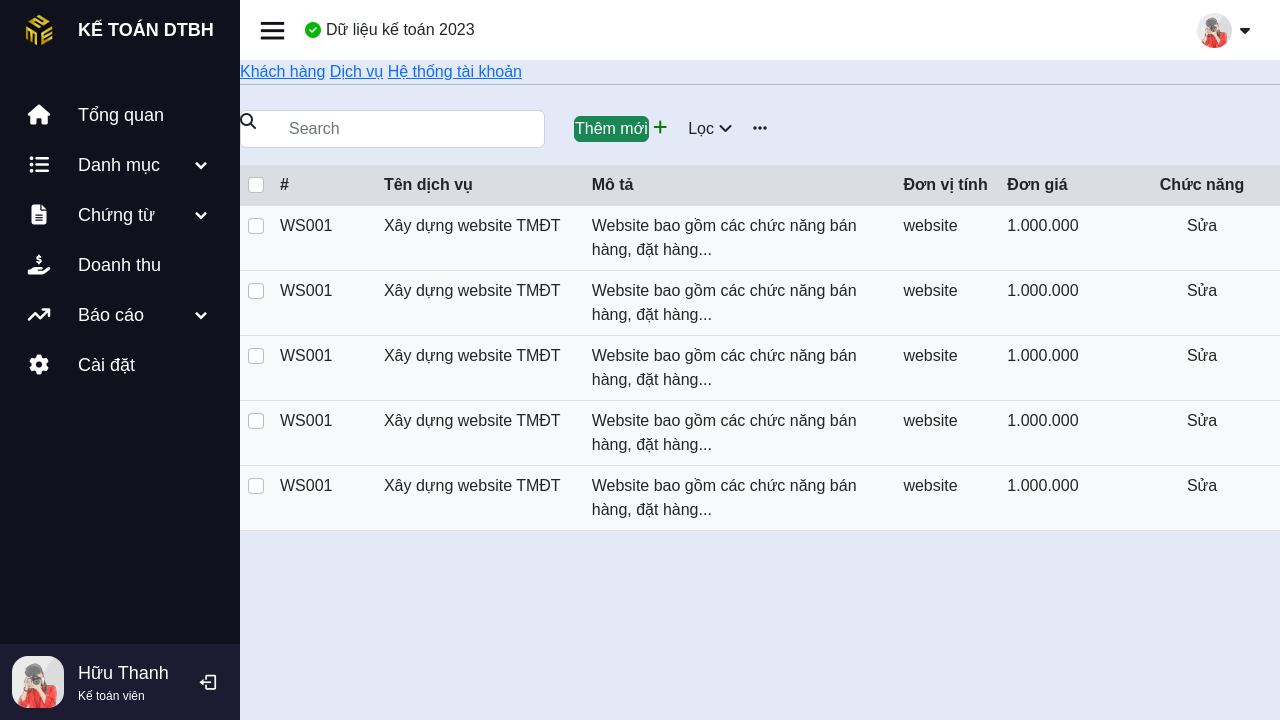
Repository: huuthanhdev/PhanMemKeToan
Page: pages/service.html
The author's editor kept a copy of each file at every save. The page is drawn from the files as they stood at one save, then again after the next save.
The browser window is 1280 px wide. The pictures show the whole page.
Some web fonts or font styles are not loaded; a fallback is used. Some web libraries are served in a nearby version.

Above is the page before, as saved 2023-03-24 17:06:15.

### pages/service.html
<!DOCTYPE html>
  <!-- Coding by CodingLab | www.codinglabweb.com -->
<html lang="en">
<head>
    <meta charset="UTF-8">
    <meta http-equiv="X-UA-Compatible" content="IE=edge">
    <meta name="viewport" content="width=device-width, initial-scale=1.0">
    <link rel="icon" type="png" href="../assets/img/logo 2me.png"/>
    <title>2MILLION</title>
    <!----======== CSS ======== -->
    <link rel="stylesheet" href="../assets/css/style.css">
    <!----===== Boxicons CSS ===== -->
    <link href='https://unpkg.com/boxicons@2.1.1/css/boxicons.min.css' rel='stylesheet'>
    <link rel="stylesheet" href="https://cdnjs.cloudflare.com/ajax/libs/font-awesome/6.1.2/css/all.min.css" integrity="sha512-1sCRPdkRXhBV2PBLUdRb4tMg1w2YPf37qatUFeS7zlBy7jJI8Lf4VHwWfZZfpXtYSLy85pkm9GaYVYMfw5BC1A==" crossorigin="anonymous" referrerpolicy="no-referrer" />
    <!-- bootstrap 5 -->
    <link href="https://cdn.jsdelivr.net/npm/bootstrap@5.2.1/dist/css/bootstrap.min.css" rel="stylesheet"
    integrity="sha384-iYQeCzEYFbKjA/T2uDLTpkwGzCiq6soy8tYaI1GyVh/UjpbCx/TYkiZhlZB6+fzT" crossorigin="anonymous">

</head>
<body>
    <div class="sidebar">
        <div class="logo-details">
          <!-- <i class='bx bxl-c-plus-plus'></i> -->
          <img src="../assets/img/logo 2me.png" alt="" class="logo-img">
          <span class="logo_name">KẾ TOÁN DTBH</span>
        </div>
        <ul class="nav-links">
          <li class="nav-item">
            <a href="../pages/overview.html">
              <i class='fa-solid fa-house'></i>
              <span class="link_name">Tổng quan</span>
            </a>
            <ul class="sub-menu blank">
              <li><a class="link_name" href="../pages/overview.html">Tổng quan</a></li>
            </ul>
          </li>
          <li class="nav-item active">
            <div class="icon-link">
              <a href="../pages/customer.html">
                <i class='fa-solid fa-list-ul' ></i>
                <span class="link_name">Danh mục</span>
              </a>
              <i class='bx bxs-chevron-down arrow' ></i>
            </div>
            <ul class="sub-menu">
              <li><a class="link_name" href="#">Danh mục</a></li>
              <li><a href="/pages/customer.html">Khách hàng</a></li>
              <li><a href="/pages/service.html">Dịch vụ</a></li>
              <li><a href="/pages/account.html">Tài khoản</a></li>
            </ul>
          </li>

          <li class="nav-item">
            <div class="icon-link">
              <a href="#">
                <i class='fa-solid fa-file-lines' ></i>
                <span class="link_name">Chứng từ</span>
              </a>
              <i class='bx bxs-chevron-down arrow' ></i>
            </div>
            <ul class="sub-menu">
              <li><a class="link_name" href="#">Chứng từ</a></li>
              <li><a href="#">Hóa đơn GTGT</a></li>
              <li><a href="#">Phiếu giảm giá HB</a></li>
            </ul>
          </li>

          <li class="nav-item">
            <a href="#">
              <i class='fa-solid fa-hand-holding-dollar' ></i>
              <span class="link_name">Doanh thu</span>
            </a>
            <ul class="sub-menu blank">
              <li><a class="link_name" href="#">Doanh thu</a></li>
            </ul>
          </li>

          <li class="nav-item">
            <div class="icon-link">
              <a href="#">
                <i class='fa-solid fa-arrow-trend-up' ></i>
                <span class="link_name">Báo cáo</span>
              </a>
              <i class='bx bxs-chevron-down arrow' ></i>
            </div>
            <ul class="sub-menu">
              <li><a class="link_name" href="#">Báo cáo</a></li>
              <li><a href="#">Doanh thu theo KH</a></li>
              <li><a href="#">Doanh thu theo DV</a></li>
              <li><a href="#">Tổng hợp Doanh thu</a></li>
              <li><a href="#">Giảm trừ Doanh thu</a></li>
            </ul>
          </li>

          <li class="nav-item">
            <a href="#">
              <i class='fa-solid fa-gear' ></i>
              <span class="link_name">Cài đặt</span>
            </a>
            <ul class="sub-menu blank">
              <li><a class="link_name" href="#">Cài đặt</a></li>
            </ul>
          </li>
          <li>
        <div class="profile-details">
          <div class="profile-content">
            <img src="../assets/img/client2.png" alt="profileImg">
          </div>
          <div class="name-job">
            <div class="profile_name">Hữu Thanh</div>
            <div class="job">Kế toán viên</div>
          </div>
          <i class='bx bx-log-out' ></i>
        </div>
      </li>
    </ul>
      </div>
    <section class="home-section">
      <div class="home-nav">
          <i class='bx bx-menu' ></i>
          <div class="home-text">
              <i class="fa-solid fa-circle-check home-icon"></i>
              <span>Dữ liệu kế toán 2023</span>
          </div>

          <div class="home-info">
              <img src="../assets/img/client2.png" alt="avatar" class="home-avatar">
              <i class="fa-solid fa-caret-down"class="home-icon"></i>
          </div>
      </div>
      <!-- content -->
      <div class="home-content">
        <div class="home-tab">
          <a class="tab-item" href="/pages/customer.html">Khách hàng</a>
          <a class="tab-item active" href="/pages/service.html">Dịch vụ</a>
          <a class="tab-item" href="/pages/account.html">Hệ thống tài khoản</a>
        </div>
        <hr class="mt-0 mb-4">
        <!-- table -->
        <div class="container-fluid mt-0 px-0">
          <div class="mb-3 d-flex justify-content-start align-items-center">
              <div class="position-relative">
                  <span class="position-absolute search"><i class="fa fa-search"></i></span>
                  <input class="form-control w-100 px-5 m-0" placeholder="Search">
              </div>
              <div class="btn">
                <button type="button" class="btn btn-success ms-3 p-0">Thêm mới</button>
                <i class="fa-solid fa-plus align-items-center" style="color: green"></i>
              </div>
              <div class="filter px-2">
                  <span>Lọc <i class="fa fa-angle-down"></i></span>
                  <i class="fa fa-ellipsis-h ms-3"></i>
              </div>
          </div>
          <div class="table-responsive">
          <table class="table table-responsive table-hover bg-light">
            <thead>
              <tr style="background-color: #dadee2">
                <th scope="col" width="3%"><input class="form-check-input" type="checkbox"></th>
                <th scope="col" width="10%">#</th>
                <th scope="col" width="20%">Tên dịch vụ</th>
                <th scope="col" width="30%">Mô tả</th>
                <th scope="col" width="10%">Đơn vị tính</th>
                <th scope="col" width="12%">Đơn giá</th>
                <th scope="col" width="15%" class="text-center">Chức năng</th>
              </tr>
            </thead>
            <tbody>
              <tr>
                <th scope="row"><input class="form-check-input" type="checkbox"></th>
                <td>WS001</td>
                <td>Xây dựng website TMĐT</td>
                <td>Website bao gồm các chức năng bán hàng, đặt hàng...</td>
                <td>website</td>
                <td>1.000.000</td>
                <td class="text-center">Sửa</td>
              </tr>

              <tr>
                <th scope="row"><input class="form-check-input" type="checkbox"></th>
                <td>WS001</td>
                <td>Xây dựng website TMĐT</td>
                <td>Website bao gồm các chức năng bán hàng, đặt hàng...</td>
                <td>website</td>
                <td>1.000.000</td>
                <td class="text-center">Sửa</td>
              </tr>

              <tr>
                <th scope="row"><input class="form-check-input" type="checkbox"></th>
                <td>WS001</td>
                <td>Xây dựng website TMĐT</td>
                <td>Website bao gồm các chức năng bán hàng, đặt hàng...</td>
                <td>website</td>
                <td>1.000.000</td>
                <td class="text-center">Sửa</td>
              </tr>

              <tr>
                <th scope="row"><input class="form-check-input" type="checkbox"></th>
                <td>WS001</td>
                <td>Xây dựng website TMĐT</td>
                <td>Website bao gồm các chức năng bán hàng, đặt hàng...</td>
                <td>website</td>
                <td>1.000.000</td>
                <td class="text-center">Sửa</td>
              </tr>

              <tr>
                <th scope="row"><input class="form-check-input" type="checkbox"></th>
                <td>WS001</td>
                <td>Xây dựng website TMĐT</td>
                <td>Website bao gồm các chức năng bán hàng, đặt hàng...</td>
                <td>website</td>
                <td>1.000.000</td>
                <td class="text-center">Sửa</td>
              </tr>
            </tbody>
          </table>
          </div>
        </div>

      </div>
    </section>

    <script src="/app.js"></script>
</body>
</html>

### assets/css/style.css
/* Google Fonts Import Link */
@import url("https://fonts.googleapis.com/css2?family=Quicksand:wght@300;400;500;600&display=swap");
* {
  margin: 0;
  padding: 0;
  box-sizing: border-box;
  font-family: "Quicksand", sans-serif;
}
.sidebar{
  position: fixed;
  top: 0;
  left: 0;
  height: 100%;
  width: 240px;
  background: #11101d;
  z-index: 100;
  transition: all 0.5s ease;
}
.sidebar.close{
  width: 78px;
}
.sidebar .logo-details{
  height: 60px;
  width: 100%;
  display: flex;
  align-items: center;
}
.sidebar .logo-details i{
  font-size: 30px;
  color: #fff;
  height: 50px;
  min-width: 78px;
  text-align: center;
  line-height: 50px;
}
/*add logo  */
.sidebar .logo-details img{
  height: 40px;
  min-width: 78px;
  object-fit: contain;
  border-radius: 16px;
  transition: all 0.5s ease;
}

.sidebar .logo-details .logo_name{
  font-size: 18px;
  color: #fff;
  font-weight: 600;
  transition: 0.3s ease;
  transition-delay: 0.1s;
  position: relative;
}
.sidebar.close .logo-details .logo_name{
  transition-delay: 0s;
  opacity: 0;
  pointer-events: none;
}
.sidebar .nav-links{
  height: 100%;
  padding: 30px 0 150px 0;
  overflow: auto;
}
.sidebar.close .nav-links{
  overflow: visible;
}
.sidebar .nav-links::-webkit-scrollbar{
  display: none;
}
.sidebar .nav-links li{
  position: relative;
  list-style: none;
  transition: all 0.4s ease;
}
.sidebar .nav-links li:hover{
  background: #1d1b31;
}
.sidebar .nav-links li .icon-link{
  display: flex;
  align-items: center;
  justify-content: space-between;
}
.sidebar.close .nav-links li .icon-link{
  display: block
}
.sidebar .nav-links li i{
  height: 50px;
  min-width: 78px;
  text-align: center;
  line-height: 50px;
  color: #fff;
  font-size: 20px;
  cursor: pointer;
  transition: all 0.3s ease;
}
.sidebar .nav-links li.showMenu i.arrow{
  transform: rotate(-180deg);
}
.sidebar.close .nav-links i.arrow{
  display: none;
}
.sidebar .nav-links li a{
  display: flex;
  align-items: center;
  text-decoration: none;
}
.sidebar .nav-links li a .link_name{
  font-size: 18px;
  font-weight: 400;
  color: #fff;
  transition: all 0.4s ease;
}
.sidebar.close .nav-links li a .link_name{
  opacity: 0;
  pointer-events: none;
}
.sidebar .nav-links li .sub-menu{
  padding: 6px 6px 14px 80px;
  margin-top: -10px;
  background: #1d1b31;
  display: none;
}
.sidebar .nav-links li.showMenu .sub-menu{
  display: block;
}
.sidebar .nav-links li .sub-menu a{
  color: #fff;
  font-size: 15px;
  padding: 5px 0;
  white-space: nowrap;
  opacity: 0.6;
  transition: all 0.3s ease;
}
.sidebar .nav-links li .sub-menu a:hover{
  opacity: 1;
}
.sidebar.close .nav-links li .sub-menu{
  position: absolute;
  left: 100%;
  top: -10px;
  margin-top: 0;
  padding: 10px 20px;
  border-radius: 0 6px 6px 0;
  opacity: 0;
  display: block;
  pointer-events: none;
  transition: 0s;
}
.sidebar.close .nav-links li:hover .sub-menu{
  top: 0;
  opacity: 1;
  pointer-events: auto;
  transition: all 0.4s ease;
}
.sidebar .nav-links li .sub-menu .link_name{
  display: none;
}
.sidebar.close .nav-links li .sub-menu .link_name{
  font-size: 18px;
  opacity: 1;
  display: block;
}
.sidebar .nav-links li .sub-menu.blank{
  opacity: 1;
  pointer-events: auto;
  padding: 3px 20px 6px 16px;
  opacity: 0;
  pointer-events: none;
}
.sidebar .nav-links li:hover .sub-menu.blank{
  top: 50%;
  transform: translateY(-50%);
}
.sidebar .profile-details{
  position: fixed;
  bottom: 0;
  width: 240px;
  display: flex;
  align-items: center;
  justify-content: space-between;
  background: #1d1b31;
  padding: 12px 0;
  transition: all 0.5s ease;
}
.sidebar.close .profile-details{
  background: none;
}
.sidebar.close .profile-details{
  width: 78px;
}
.sidebar .profile-details .profile-content{
  display: flex;
  align-items: center;
  cursor: pointer;
}
.sidebar .profile-details img{
  height: 52px;
  width: 52px;
  object-fit: cover;
  border-radius: 16px;
  margin: 0 14px 0 12px;
  background: #1d1b31;
  transition: all 0.5s ease;
}
.sidebar.close .profile-details img{
  padding: 10px;
}
.sidebar .profile-details .profile_name,
.sidebar .profile-details .job{
  color: #fff;
  font-size: 18px;
  font-weight: 500;
  white-space: nowrap;
}
/* thêm nowrap */
.sidebar .nav-links .link_name,
.sidebar .logo-details .logo_name{
  white-space: nowrap;
}
/*  */
.sidebar.close .profile-details i,
.sidebar.close .profile-details .profile_name,
.sidebar.close .profile-details .job{
  display: none;
}
.sidebar .profile-details .job{
  font-size: 12px;
}
.home-section{
  position: relative;
  background: #E4E9F7;
  height: 100vh;
  left: 240px;
  width: calc(100% - 240px);
  transition: all 0.5s ease;
}
.sidebar.close ~ .home-section{
  left: 78px;
  width: calc(100% - 78px);
}
.home-section .home-nav{
  height: 60px;
  display: flex;
  align-items: center;
}
.home-section .home-nav .bx-menu,
.home-section .home-nav .text{
  color: #11101d;
  font-size: 35px;
}
.home-section .home-nav .bx-menu{
  margin: 0 15px;
  cursor: pointer;
}
.home-section .home-nav .text{
  font-size: 26px;
  font-weight: 600;
}
@media (max-width: 400px) {
  .sidebar.close .nav-links li .sub-menu{
    display: none;
  }
  .sidebar{
    width: 78px;
  }
  .sidebar.close{
    width: 0;
  }
  .home-section{
    left: 78px;
    width: calc(100% - 78px);
    z-index: 100;
  }
  .sidebar.close ~ .home-section{
    width: 100%;
    left: 0;
  }
}
/* nav fixed */
.home {
  position: fixed;
}
.home-nav {
  display: flex;
  justify-content: flex-start;
  margin-top: auto;
  width: 100%;
  height: 60px;
  background-color: white;
}
.home-info, .home-text {
  display: flex;
  align-items: center;
  justify-content: space-between;
}
.home-icon {
  color: #11101d;
}
.home-text .home-icon {
  color: rgb(12, 181, 12);
  padding-right: 5px;
}
.home-avatar {
  width: 35px;
  height: 35px;
  border-radius: 50%;
  object-fit: cover;
  margin-right: 8px;
}
.home-info{
  margin-left: auto;
  padding-right: 30px;
  cursor: pointer;
}

### app.js
let arrow = document.querySelectorAll(".arrow");
  for (var i = 0; i < arrow.length; i++) {
    arrow[i].addEventListener("click", (e)=>{
   let arrowParent = e.target.parentElement.parentElement;//selecting main parent of arrow
   arrowParent.classList.toggle("showMenu");
    });
  }
  let sidebar = document.querySelector(".sidebar");
  let sidebarBtn = document.querySelector(".bx-menu");
  console.log(sidebarBtn);
  sidebarBtn.addEventListener("click", ()=>{
    sidebar.classList.toggle("close");
  });

After the next save:
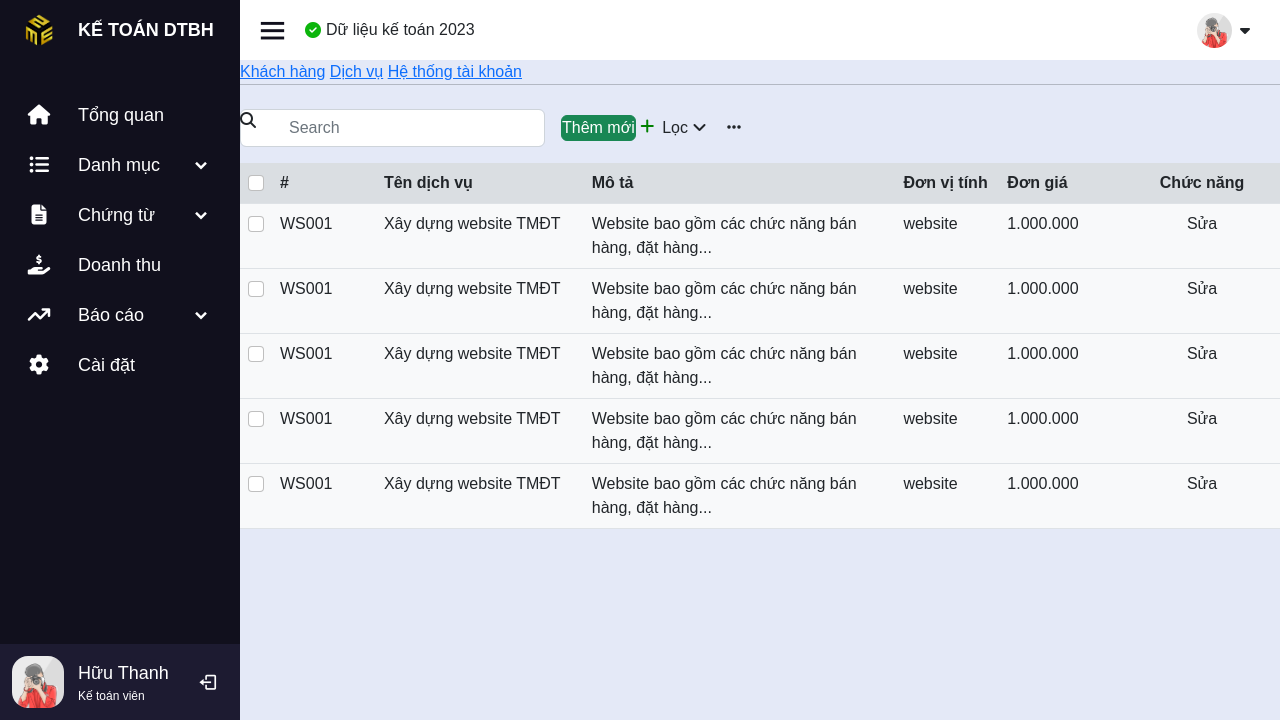
Saved 46 s later.
--- a/pages/service.html
+++ b/pages/service.html
@@ -143,7 +143,7 @@
                   <span class="position-absolute search"><i class="fa fa-search"></i></span>
                   <input class="form-control w-100 px-5 m-0" placeholder="Search">
               </div>
-              <div class="btn">
+              <div class="add">
                 <button type="button" class="btn btn-success ms-3 p-0">Thêm mới</button>
                 <i class="fa-solid fa-plus align-items-center" style="color: green"></i>
               </div>

After the save that followed:
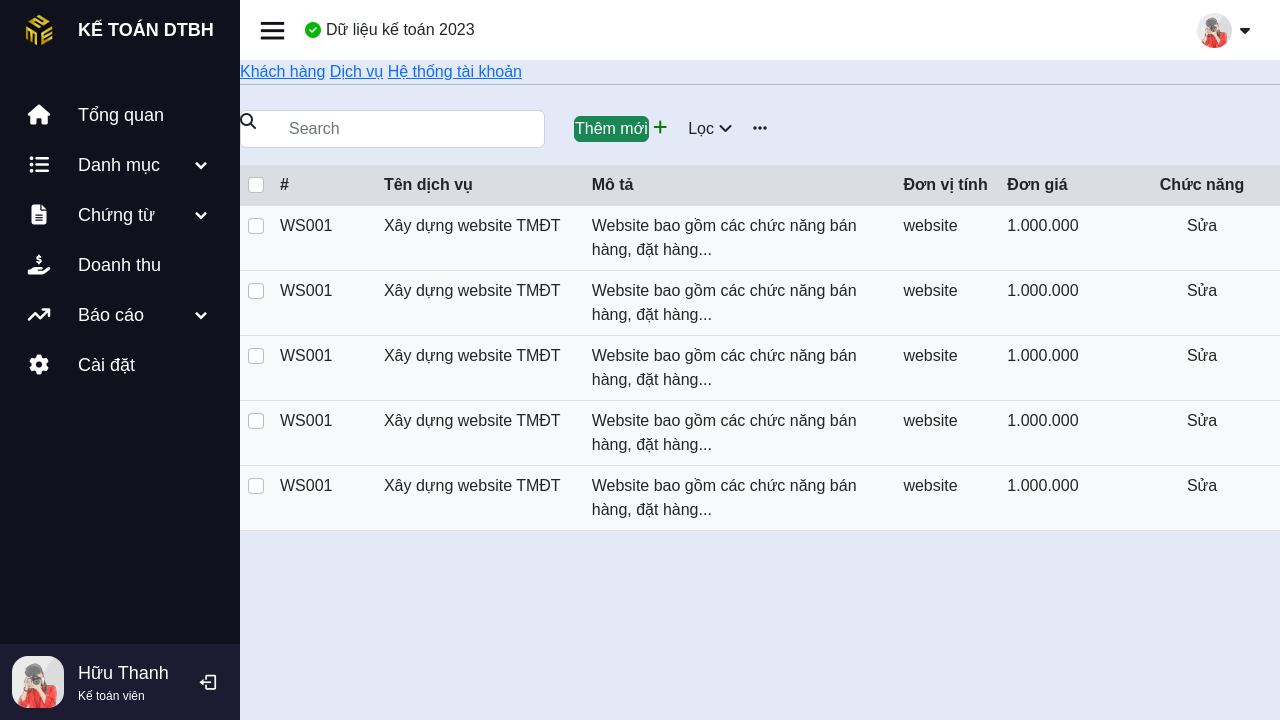
Saved 13 s later.
--- a/pages/service.html
+++ b/pages/service.html
@@ -143,7 +143,7 @@
                   <span class="position-absolute search"><i class="fa fa-search"></i></span>
                   <input class="form-control w-100 px-5 m-0" placeholder="Search">
               </div>
-              <div class="add">
+              <div class="btn">
                 <button type="button" class="btn btn-success ms-3 p-0">Thêm mới</button>
                 <i class="fa-solid fa-plus align-items-center" style="color: green"></i>
               </div>
